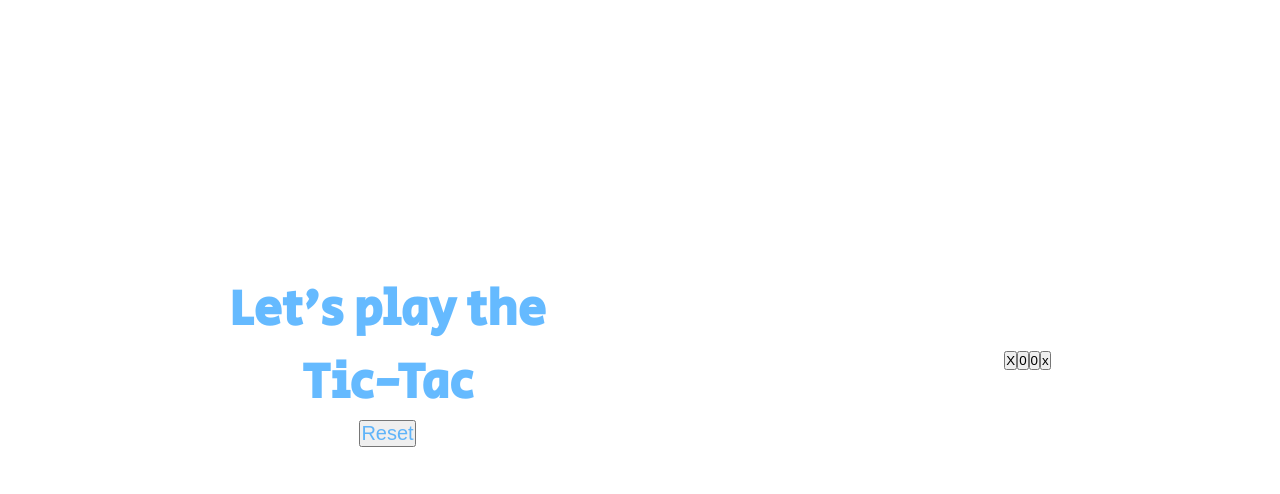
Repository: evergreenx/tic-tac
Page: /
These files come from the project's save history. The page is drawn as it stood at one moment and after a run of saves; the edit follows.
The browser window is 1280 px wide. The pictures show the whole page.
The project was rebuilt for these pictures with package versions that can differ from the ones it lists, and the page was loaded fresh each time.

Above is the page before, as saved 2022-04-21 04:07:17.

After the next 7 saves:
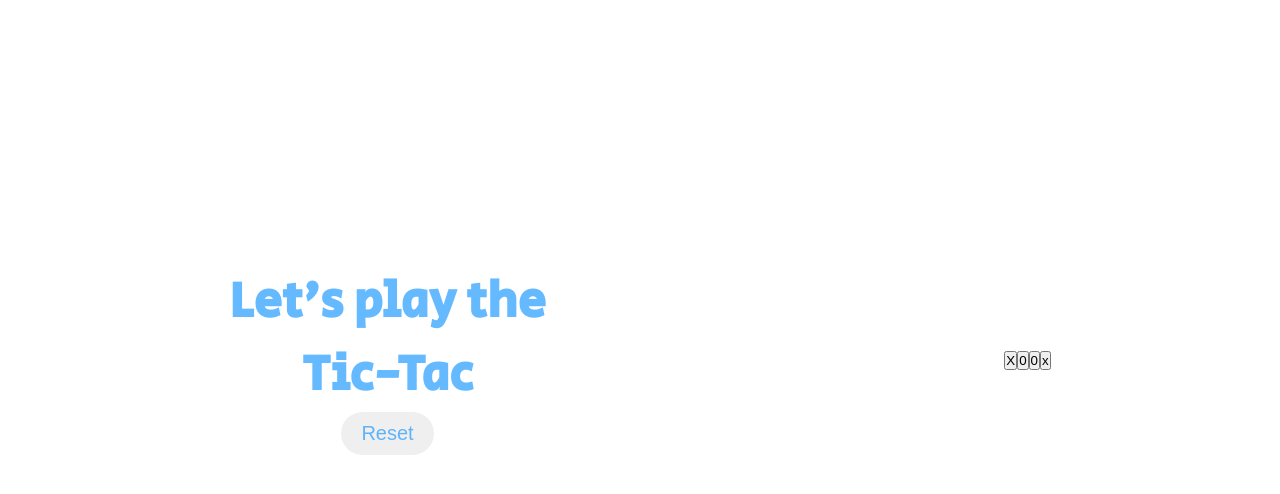
The 7 saves are shown as one change because they came seconds apart.
The last was saved 19 s later.
--- a/src/index.scss
+++ b/src/index.scss
@@ -28,7 +28,9 @@ body {
 .reset--button--text{
   color: #008cff9a;
   font-size: 20px;
-  padding: 10;
+  padding: 10px 20px;
+  border: none;
+  border-radius: 50px;
 }
   }
 }
